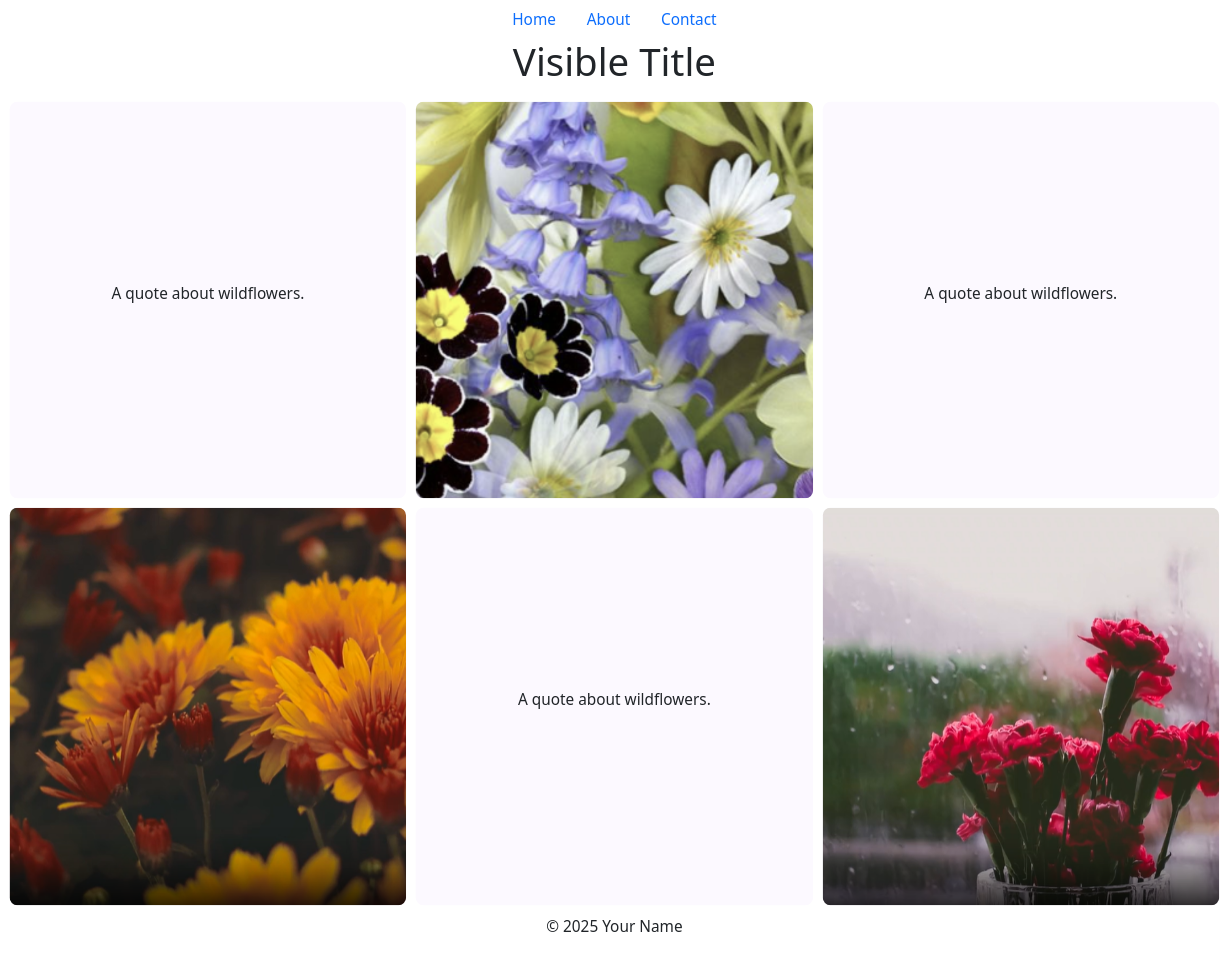
Repository: Brittany-Westlund/WebDesign
Page: FinalProject/index.html
An editor plug-in stored every save of this project. The page is shown before and after the next save, followed by the edit.
The browser window is 1280 px wide. The pictures show the whole page, at 96% of full size.

Above is the page before, as saved 2025-06-16 14:30:11.

After the next save:
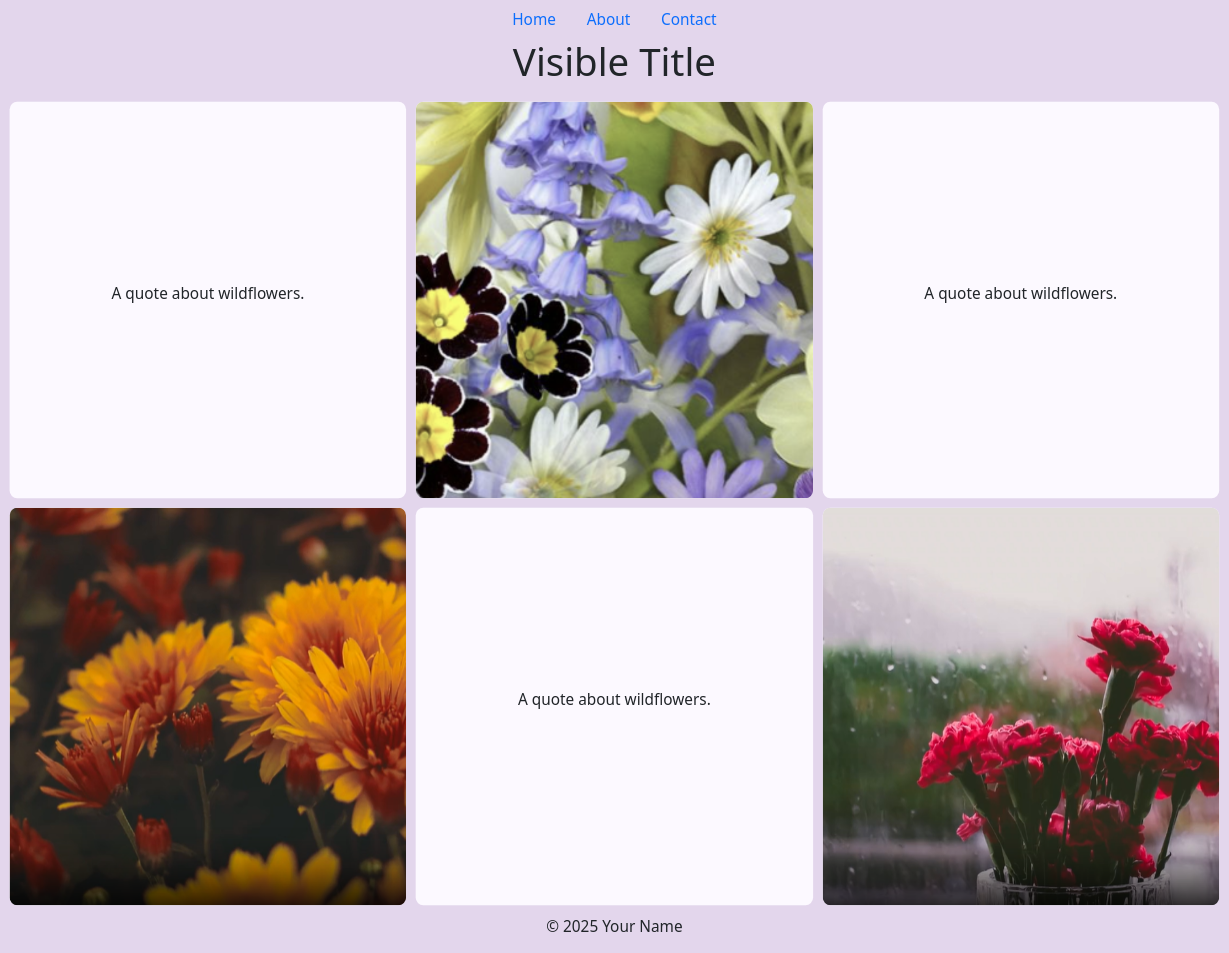
Saved 1 s later.
--- a/FinalProject/index.html
+++ b/FinalProject/index.html
@@ -5,9 +5,9 @@
     <meta name="viewport" content="width=device-width, initial-scale=1.0">
     <meta name="description" content="A personal website designed to showcase work, ideas, and personality.">
     <title>The title of the browser tab</title>
+    <link href="https://cdn.jsdelivr.net/npm/bootstrap@5.3.0/dist/css/bootstrap.min.css" rel="stylesheet">
     <link rel="stylesheet" href="style/style.css">
     <link rel="icon" type="image/x-icon" href="images/favicon.ico">
-    <link href="https://cdn.jsdelivr.net/npm/bootstrap@5.3.0/dist/css/bootstrap.min.css" rel="stylesheet">
   </head>
   <body>
    <nav class="nav justify-content-center">
